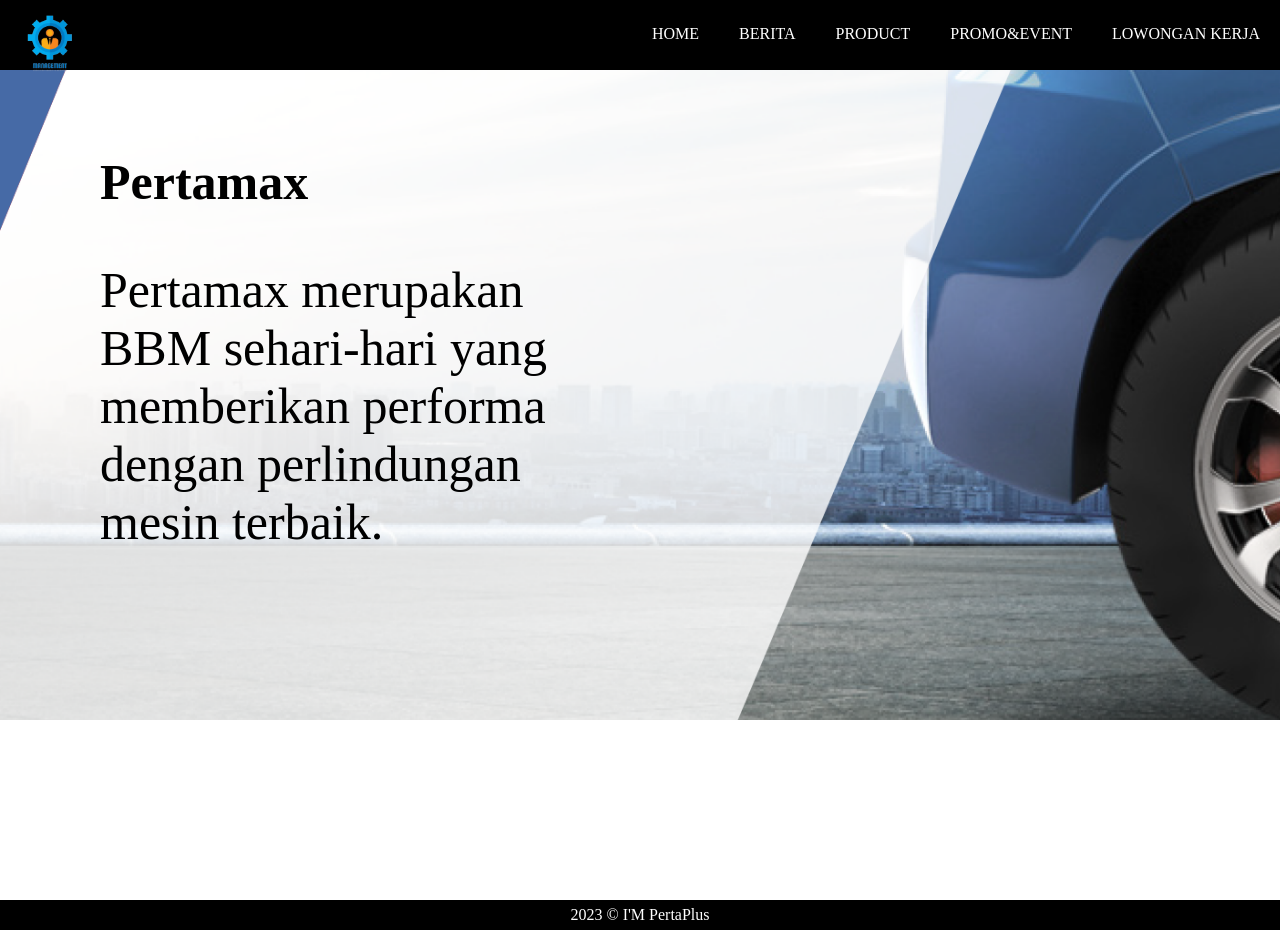
Repository: rizalardi34/project-mypertaplus
Page: pertamax.html
These files come from the project's save history. The page is drawn as it stood at one moment and after the next save; the edit follows.
The browser window is 1280 px wide. The pictures show the whole page.

Above is the page before, as saved 2023-04-25 13:09:25.

After the next save:
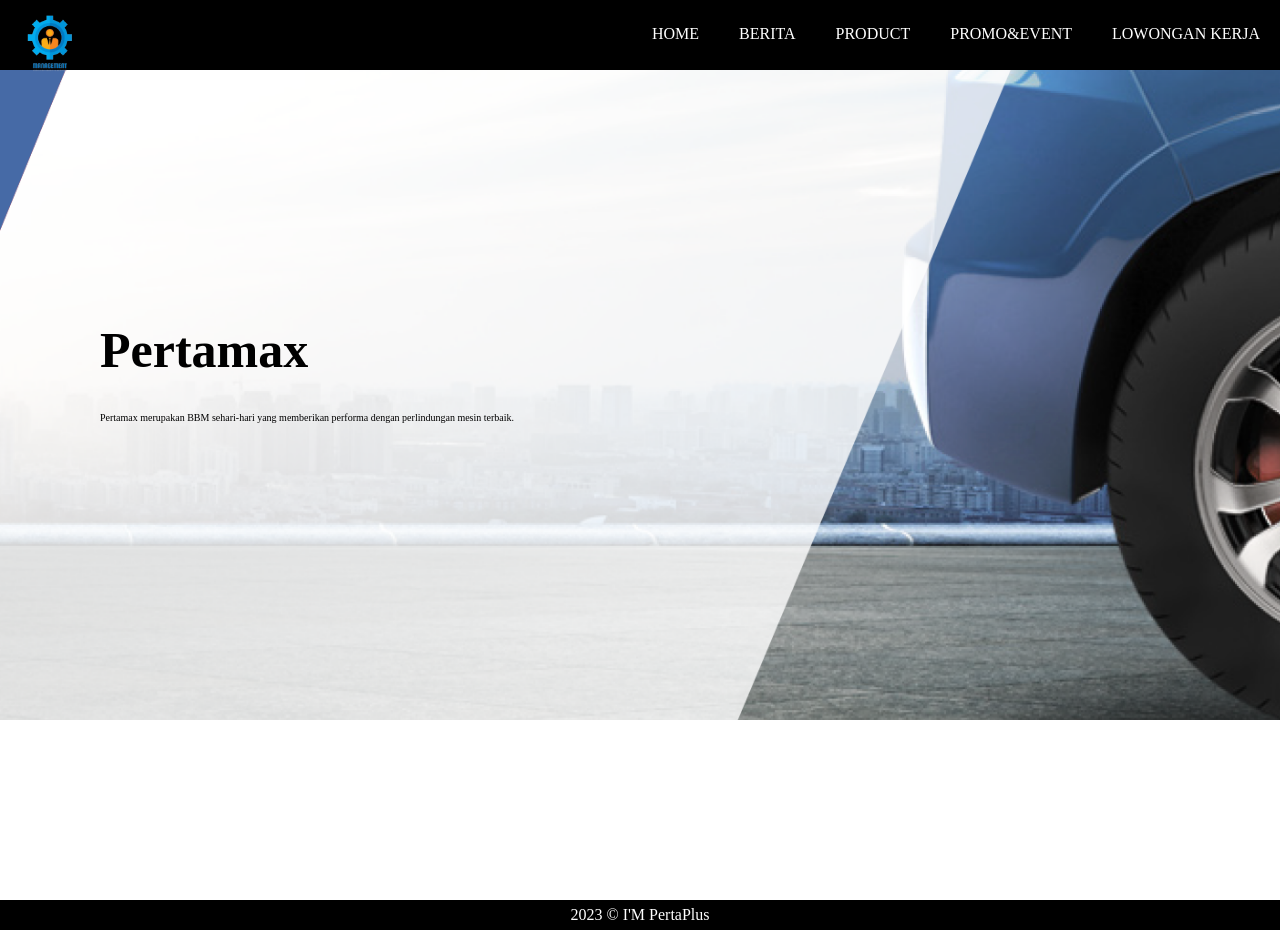
Saved 11 s later.
--- a/pertamax.html
+++ b/pertamax.html
@@ -22,7 +22,7 @@
                 <div style=" height: 100%; width: 100%; display: flex; justify-content: start; align-items: center; padding-left: 100px;">
                     <div style="width: 40%;">
                         <h1 style=" font-size: 50px; ">Pertamax</h1>
-                        <p style=" font-size: 50px; ">Pertamax merupakan BBM sehari-hari yang memberikan performa dengan perlindungan mesin terbaik.</p>
+                        <p style=" font-size: 10px; ">Pertamax merupakan BBM sehari-hari yang memberikan performa dengan perlindungan mesin terbaik.</p>
                     </div>
                 </div>
             </div>
